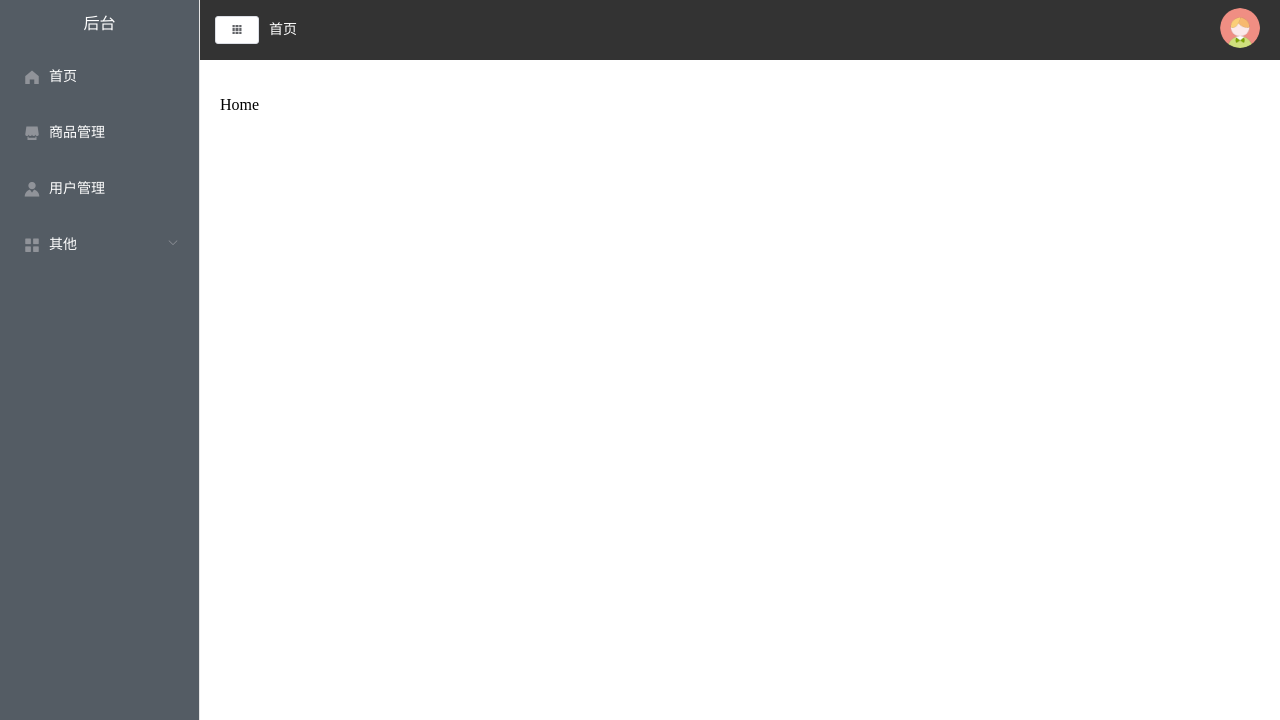
Repository: tkqi/manage
Page: /
These files come from the project's save history. The page is drawn as it stood at one moment and after the next save; the edit follows.
The browser window is 1280 px wide. The pictures show the whole page.
The project was rebuilt for these pictures with package versions that can differ from the ones it lists, and the page was loaded fresh each time. Also part of the build but not shown: vue.config.js.

Above is the page before, as saved 2023-12-01 17:02:52.

### src/main.js
import Vue from 'vue'
import App from './App.vue'
import router from './router'
import store from './store'
import ElementUI from 'element-ui';
import 'element-ui/lib/theme-chalk/index.css';

Vue.config.productionTip = false
Vue.use(ElementUI);

new Vue({
  router,
  store,
  render: h => h(App)
}).$mount('#app')

### src/App.vue
<template>
  <div id="app">
    <!-- 路由出口 -->
    <router-view />
  </div>
</template>

<script>
export default {
  name: 'App'
}
</script>

<style lang="less">
html,
body,
h3 {
  margin: 0;
  padding: 0;
}
</style>

### src/router/index.js
import Vue from 'vue'
import VueRouter from 'vue-router'
import routes from './routes'
Vue.use(VueRouter)


const router = new VueRouter({
  routes: routes
})

// 暴露router实例
export default router

### src/store/index.js
import Vue from 'vue'
import Vuex from 'vuex'
import tab from './tab.js'

Vue.use(Vuex)

const store = new Vuex.Store({
  state: {

  },
  getters: {
  },
  mutations: {
  },
  actions: {
  },
  modules: {
    tab
  }
})

export default store;

### src/router/routes.js
export default [
    // 主路由
    {
        path: '/',
        component: () => import('../views/Main.vue'),
        redirect:'/home',// 重定向
        // 子路由
        children: [
            {
                // 首页
                path: '/home',
                // 路由组件懒加载
                component: () => import('../views/Home.vue')
            },
            {
                // 用户管理
                path: '/user',
                component: () => import('../views/User.vue')
            },
            {
                // 商品管理
                path: '/mall',
                component: () => import('../views/Mall.vue')
            },
            {
                // 其他/页面1
                path: '/page1',
                component: () => import('../views/Page1.vue')
            },
            {
                // 其他/页面2
                path: '/page2',
                component: () => import('../views/Page2.vue')
            },
        ]
    },
    {
        path: '/home',
        // 路由组件懒加载
        component: () => import('../views/Home.vue')
    },
    {
        path: '/user',
        component: () => import('../views/User.vue')
    }
]

### src/store/tab.js
// 菜单相关数据
export default {
    state: {
        isCollapse: false
    },
    getters: {
        getisCollapse: (state) => state.isCollapse
    },
    mutations: {
        EDITIsCollapse(state){
            state.isCollapse = !state.isCollapse;
        }
    }
}

### src/views/Main.vue
<!-- eslint-disable vue/multi-word-component-names -->
<template>
    <div>
        <el-container>
            <el-aside width="200px">
                <sidebar />
            </el-aside>
            <el-container>
                <el-header><topbar/></el-header>
                <el-main><router-view /></el-main>
            </el-container>
        </el-container>

    </div>
</template>

<script>
import sidebar from '../components/sidebar.vue'
import topbar from '../components/topbar.vue';
export default {
    components: {
        sidebar,
        topbar
    }
}
</script>

<style lang="less" scoped>
.el-header {
    padding: 0;
    margin: 0;
}
</style>

### src/views/Home.vue
<!-- eslint-disable vue/multi-word-component-names -->
<template>
    <div>
        <p>Home</p>
    </div>
</template>

<script>

</script>

### src/components/sidebar.vue
<!-- eslint-disable vue/multi-word-component-names -->
<template>
    <el-menu class="menu" @open="handleOpen" @close="handleClose" :collapse="isCollapse" background-color="#545c64"
        text-color="#fff" active-text-color="#ffd04b">
        <h3>{{ isCollapse?'后台管理系统':'后台' }}</h3>
        <el-menu-item v-for="item in noChildren" :key="item.name" :index="item.name" @click="clickMenu(item)">
            <i :class="`el-icon-${item.icon}`"></i>
            <span slot="title">{{ item.label }}</span>
        </el-menu-item>
        <el-submenu v-for="item in hasChildren" :key="item.label" :index="item.label">
            <template slot="title">
                <i :class="`el-icon-${item.icon}`"></i>
                <span slot="title">{{ item.label }}</span>
            </template>
            <el-menu-item-group v-for="subitem in item.children" :key="subitem.name">
                <el-menu-item :index="subitem.name" @click="clickSubmenu(subitem)">
                    <!-- <template slot="title"> -->
                    <i :class="`el-icon-${subitem.icon}`"></i>
                    <span slot="title">{{ subitem.name }}</span>
                    <!-- </template> -->
                </el-menu-item>
            </el-menu-item-group>
        </el-submenu>
    </el-menu>
</template>

<script>
export default {
    computed: {
        // 无子菜单
        noChildren() {
            return this.menuData.filter(o => !o.children);
        },
        // 有子菜单
        hasChildren() {
            return this.menuData.filter(o => o.children);
        },
        isCollapse() {
           return this.$store.state.tab.isCollapse;
        }
    },
    data() {
        return {
            // 使用store实时改变属性需要定义到computed
            // isCollapse: this.$store.getters('getisCollapse'),
            menuData: [
                {
                    path: '/',
                    name: 'home',
                    label: "首页",
                    icon: 's-home',
                    url: 'Home/Home'
                },
                {
                    path: '/mall',
                    name: 'mall',
                    label: "商品管理",
                    icon: 's-shop',
                    url: 'MallManage/MallManage'
                },
                {
                    path: '/user',
                    name: 'user',
                    label: "用户管理",
                    icon: 's-custom',
                    url: 'UserManage/UserManage'
                },
                {
                    label: '其他',
                    icon: 'menu',
                    children: [
                        {
                            path: '/page1',
                            name: 'page1',
                            label: "页面1",
                            icon: 's-claim',
                            url: 'Other/PageOne'
                        },
                        {
                            path: '/page2',
                            name: 'page2',
                            label: "页面2",
                            icon: 's-claim',
                            url: 'Other/PageTwo'
                        },
                    ]
                }
            ]
        };
    },
    methods: {
        handleOpen(key, keyPath) {
            console.log(key, keyPath);
        },
        handleClose(key, keyPath) {
            console.log(key, keyPath);
        },
        clickMenu(item) {
            console.log(this.$router.currentRoute.path);
            // 判断当前路由于点击链接的路由不一致才跳转
            if (item.path != this.$route.path && !(this.$route.path == '/home' && item.path == '/'))
                this.$router.push(item.path);
        },
        clickSubmenu(subitem) {
            // 判断当前路由于点击链接的路由不一致才跳转
            if (subitem.path != this.$route.path)
                this.$router.push(subitem.path);
        }
    }
}
</script>

<style lang="less" scoped>
.el-menu-vertical-demo:not(.el-menu--collapse) {
    width: 200px;
    min-height: 400px;
}

.menu {
    height: 100vh;

    h3 {
        color: rgb(255, 255, 255);
        text-align: center;
        line-height: 48px;
        font-size: 16px;
        font-weight: 400;
    }
}
</style>

### src/components/topbar.vue
<!-- eslint-disable vue/multi-word-component-names -->
<template>
    <div class="head-container">
        <div class="l-content">
            <el-button icon="el-icon-s-grid" size="mini" @click="changeCollapse()"/>
            <!-- 面包屑 -->
            <span class="text">首页</span>
        </div>
        <div class="r-content">
            <el-dropdown>
                <span class="el-dropdown-link">
                    <img class="img" src="../assets/img/user-default.png" alt="">
                </span>
                <el-dropdown-menu slot="dropdown">
                    <el-dropdown-item>个人中心</el-dropdown-item>
                    <el-dropdown-item>退出</el-dropdown-item>
                </el-dropdown-menu>
            </el-dropdown>
        </div>
    </div>
</template>

<script>
export default {
    data(){
        return{

        }
    },
    methods:{
        changeCollapse(){
            console.log(1);
            this.$store.commit('EDITIsCollapse');
        }
    }
}
</script>

<style lang="less" scoped>
.head-container {
    background-color: #333;
    height: 60px;
    display: flex;
    justify-content: space-between;
    align-items: center;
    padding-left: 15px;
    padding-right: 20px;
}

// .l-content {
//     padding-left: 15px;
// }

// .r-content {}

.text {
    color: white;
    font-size: 14px;
    padding-left: 10px;
}

.img{
    height: 40px;
    width: 40px;
    border-radius: 50%;
}
</style>

Loaded but not shown: public/index.html (common file)

After the next save:
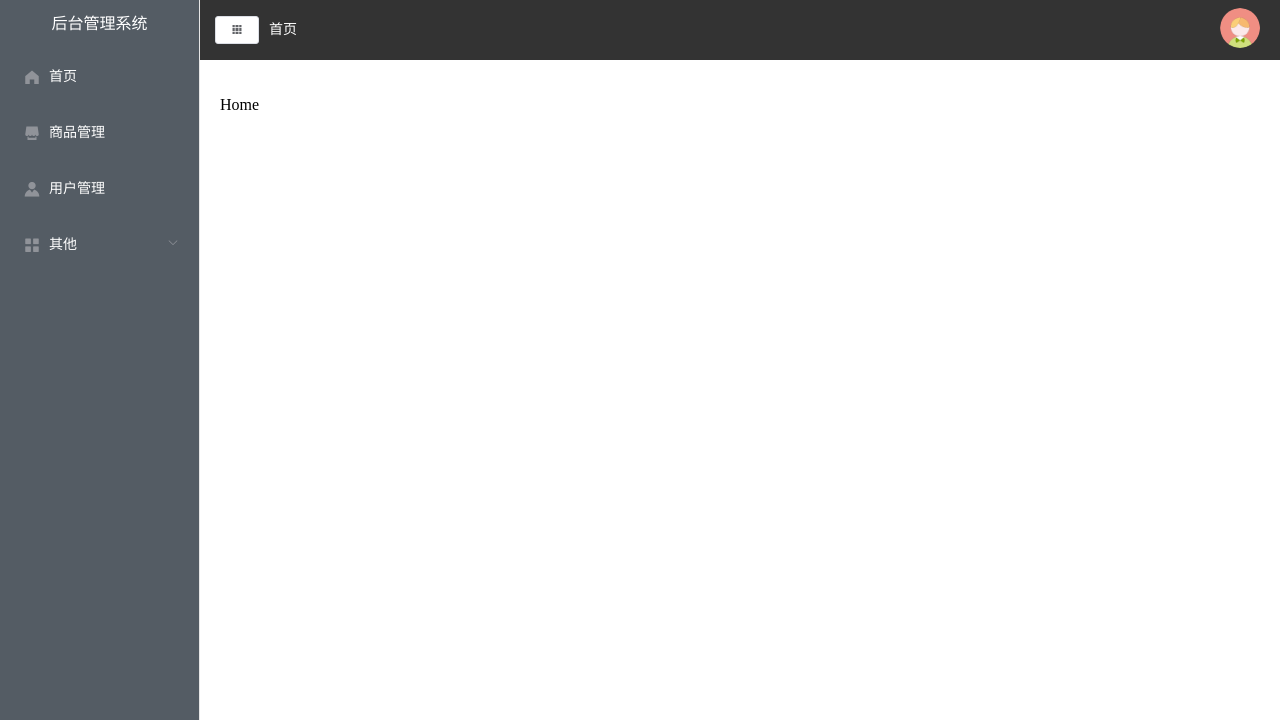
Saved 13 s later.
--- a/src/components/sidebar.vue
+++ b/src/components/sidebar.vue
@@ -2,7 +2,7 @@
 <template>
     <el-menu class="menu" @open="handleOpen" @close="handleClose" :collapse="isCollapse" background-color="#545c64"
         text-color="#fff" active-text-color="#ffd04b">
-        <h3>{{ isCollapse?'后台管理系统':'后台' }}</h3>
+        <h3>{{ !isCollapse?'后台管理系统':'后台' }}</h3>
         <el-menu-item v-for="item in noChildren" :key="item.name" :index="item.name" @click="clickMenu(item)">
             <i :class="`el-icon-${item.icon}`"></i>
             <span slot="title">{{ item.label }}</span>
